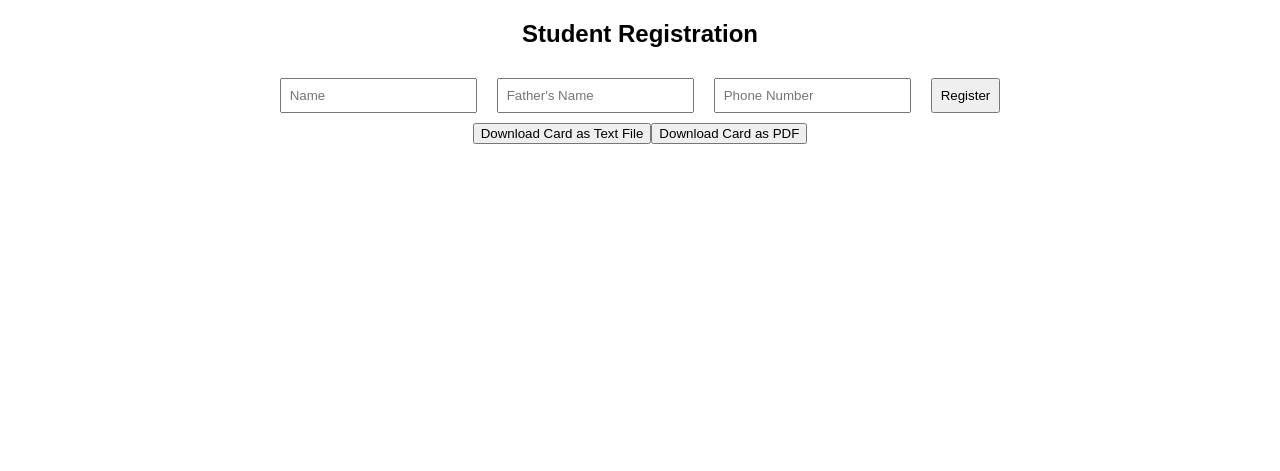
Repository: pripriya09/StudentID-Card-Download
Page: / (app in frontend/)
An editor plug-in stored every save of this project. The page is shown before and after the next save, followed by the edit.
The browser window is 1280 px wide. The pictures show the whole page.
The project was rebuilt for these pictures with package versions that can differ from the ones it lists, and the page was loaded fresh each time. Also part of the build but not shown: frontend/vite.config.js.

Above is the page before, as saved 2025-01-07 11:24:55.

### frontend/src/main.jsx
import React from 'react'
import ReactDOM from 'react-dom/client'
// import App from './App'
// import './index.css'
import Form from './Form.jsx'
// import IDCardForm from './copy form/IDCardForm.jsx'

ReactDOM.createRoot(document.getElementById('root')).render(
  <React.StrictMode>
    {/* <App /> */}
    <Form/>
    {/* <IDCardForm/> */}
  </React.StrictMode>,
)

### frontend/src/Form.jsx
import React, { useState } from "react";
import axios from "axios";
import "./App.css"
import jsPDF from "jspdf";
const Form = () => {
  const [formData, setFormData] = useState({
    name: "",
    fatherName: "",
    phoneNumber: "",
  });
  const [studentData, setStudentData] = useState(null);

  const handleSubmit = async (e) => {
    e.preventDefault();

    try {
      const response = await axios.post(
        "http://localhost:6009/api/students",
        formData
      );
      const result = response.data;

      setStudentData({
        ...formData,
        registrationNumber: result.registrationNumber,
      });

      setFormData({
        name: "",
        fatherName: "",
        phoneNumber: "",
      });
    } catch (error) {
      console.error("Error sending data:", error);
    }
  };

  const handleChange = (e) => {
    setFormData({ ...formData, [e.target.name]: e.target.value });
  };

  const handleDownloadText = () => {
    if (studentData) {
      const fileData = `
        Name: ${studentData.name}
        Father's Name: ${studentData.fatherName}
        Phone Number: ${studentData.phoneNumber}
        Registration Number: ${studentData.registrationNumber}`;
      const blob = new Blob([fileData], { type: "text/plain" });

      const link = document.createElement("a");
      link.href = URL.createObjectURL(blob);
      link.download = `${studentData.registrationNumber}_ID_Card.txt`;
      link.click();
    }
  };

  const handleDownloadPDF = () => {
    if (studentData) {
      const pdf = new jsPDF();
      const studentInfo = `
        Student ID Card
        Name: ${studentData.name}
        Father's Name: ${studentData.fatherName}
        Phone: ${studentData.phoneNumber}
        Registration Number: ${studentData.registrationNumber}`;

      pdf.text(studentInfo, 10, 10);
      pdf.save(`${studentData.registrationNumber}_ID_Card.pdf`);
    }
  };

  return (
    <div className="App">
      <h2>Student Registration</h2>

      <form onSubmit={handleSubmit}>
        <input
          type="text"
          name="name"
          placeholder="Name"
          value={formData.name}
          onChange={handleChange}
          required
        />
        <input
          type="text"
          name="fatherName"
          placeholder="Father's Name"
          value={formData.fatherName}
          onChange={handleChange}
          required
        />
        <input
          type="tel"
          name="phoneNumber"
          placeholder="Phone Number"
          value={formData.phoneNumber}
          onChange={handleChange}
          required
        />
        <button type="submit">Register</button>
      </form>

      {studentData && (
        <div className="student_id">
          <div className="top_section">
            <div className="profile_photo">
              <img
                src="https://upload.wikimedia.org/wikipedia/commons/thumb/a/af/Arnold_Schwarzenegger_by_Gage_Skidmore_4.jpg/220px-Arnold_Schwarzenegger_by_Gage_Skidmore_4.jpg"
                alt="Profile Photo"
              />
            </div>
            <div className="student_name">
              <ul className="student_info">
                <li className="name">Name: {studentData.name}</li>
                <li className="name">
                  Father's Name: {studentData.fatherName}
                </li>
              </ul>
            </div>
          </div>

          <div className="bottom_section">
            <div className="student_details">
              <ul>
                <li>
                  <span className="bold">ID:</span>{" "}
                  {studentData.registrationNumber}
                </li>
              </ul>
            </div>
          </div>
        </div>
      )}
      <div className="buttons">
        <button onClick={handleDownloadText}>Download Card as Text File</button>
        <button onClick={handleDownloadPDF}>Download Card as PDF</button>
      </div>
    </div>
  );
};

export default Form;

### frontend/src/App.css
.App {
  text-align: center;
  font-family: Arial, sans-serif;
}

form input, form button {
  margin: 10px;
  padding: 8px;
}

.id-card {
  border: 1px solid #ccc;
  padding: 15px;
  width: 300px;
  margin: 20px auto;
}

Loaded but not shown: frontend/index.html (common file)

After the next save:
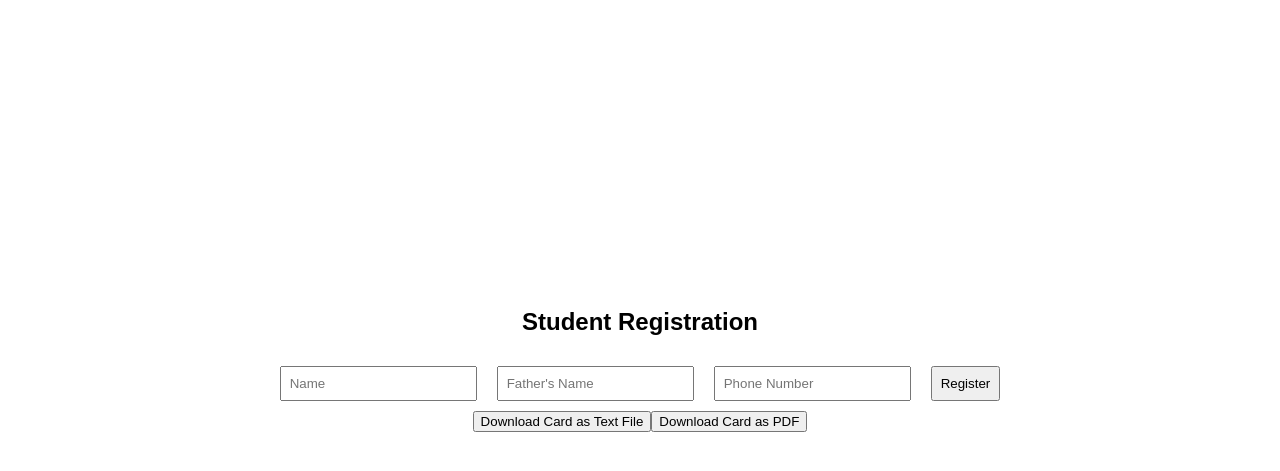
Saved 38 s later.
--- a/frontend/src/App.css
+++ b/frontend/src/App.css
@@ -7,10 +7,99 @@ form input, form button {
   margin: 10px;
   padding: 8px;
 }
-
+/*
 .id-card {
   border: 1px solid #ccc;
   padding: 15px;
   width: 300px;
   margin: 20px auto;
+} */
+
+
+body {
+  font-family: Verdana, sans-serif;
+  display: flex;
+  justify-content: center;
+  align-items: center;
+  height: 100vh;
+  margin: 0;
 }
+
+
+.student_id {
+  width: 520px;
+  background-color: #fff;
+  border-radius: 25px;
+  overflow: hidden;
+  margin: 20px auto;
+  box-shadow: 1px 0px 0px #a9a39e, 0px 1px 0px #a9a39e,
+              2px 1px 0px #a9a39e, 1px 2px 0px #a9a39e,
+              3px 2px 0px #958b83, 2px 3px 0px #958b83,
+              4px 3px 0px #93867c, 3px 4px 0px #93867c,
+              5px 4px 0px #93867c, 4px 5px 0px #93867c;
+}
+
+
+.top_section {
+  display: flex;
+  padding: 30px;
+  background: linear-gradient(to right, #e84610, #ffffff);
+  color: white;
+}
+
+.profile_photo {
+  flex-shrink: 0;
+}
+
+.profile_photo img {
+  width: 125px;
+  height: 125px;
+  border-radius: 50%;
+  border: 2px solid #fff;
+  object-fit: cover;
+}
+
+.student_name {
+  margin-left: 20px;
+  display: flex;
+  flex-direction: column;
+  justify-content: center;
+}
+
+.student_info {
+  list-style: none;
+  padding: 0;
+  margin: 0;
+}
+
+.student_info .name {
+  font-size: 1.5em;
+  font-weight: bold;
+}
+.student_info .age {
+  font-size: 1.1em;
+  margin-top: 5px;
+}
+.bottom_section {
+  padding: 30px;
+}
+
+.student_details {
+  margin-top: 10px;
+}
+
+.student_details ul {
+  list-style: none;
+  padding: 0;
+  margin: 0;
+}
+
+.student_details li {
+  margin-bottom: 10px;
+  font-size: 1.1em;
+  color: #555;
+}
+
+span {
+  font-weight: bold;
+}
